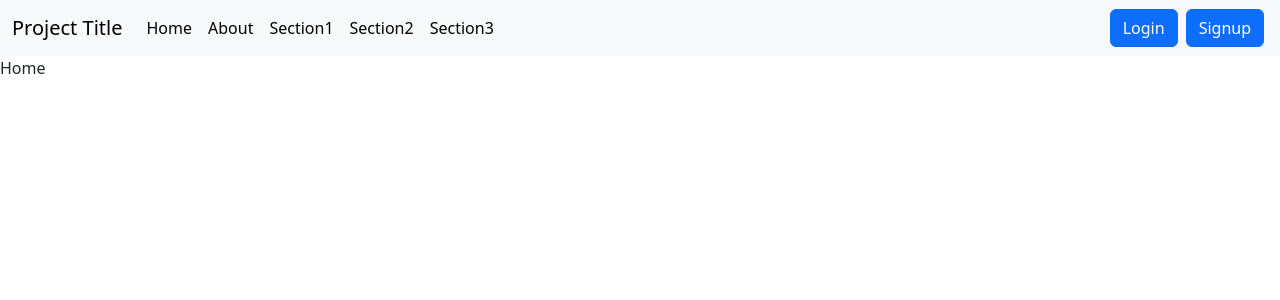
Repository: rahul-chakradhari/devquest
Page: / (app in project/)
The author's editor kept a copy of each file at every save. The page is drawn from the files as they stood at one save, then again after the next save.
The browser window is 1280 px wide. The pictures show the whole page.
The project was rebuilt for these pictures with package versions that can differ from the ones it lists, and the page was loaded fresh each time. Also part of the build but not shown: project/vite.config.js, project/src/App.css, project/src/components/About.jsx, project/src/components/Section1.jsx, project/src/components/Section2.jsx, project/src/components/Section3.jsx, project/src/index.css.

Above is the page before, as saved 2025-02-22 16:48:31.

After the next save:
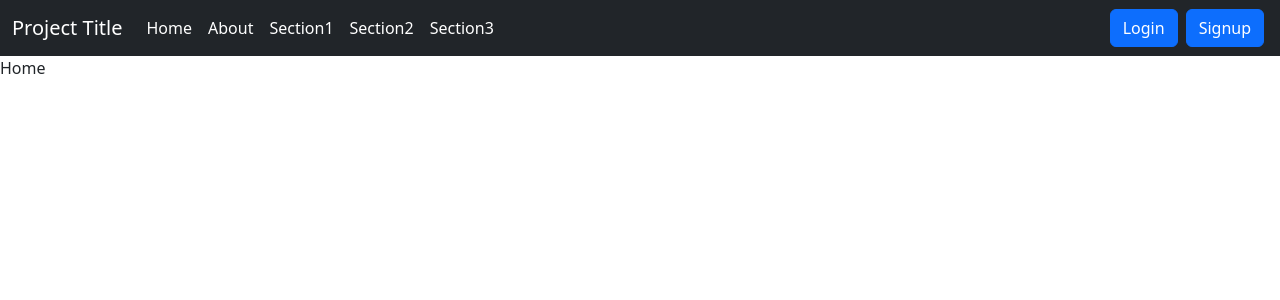
Saved 74 s later.
--- a/project/src/components/Navbar.jsx
+++ b/project/src/components/Navbar.jsx
@@ -12,7 +12,7 @@ const Navbar = () => {
 
   return (
     <div>
-      <nav className="navbar navbar-expand-lg bg-body-tertiary">
+      <nav className="navbar navbar-expand-lg navbar-dark bg-dark">
         <div className="container-fluid">
           <a className="navbar-brand" href="#">
             Project Title
